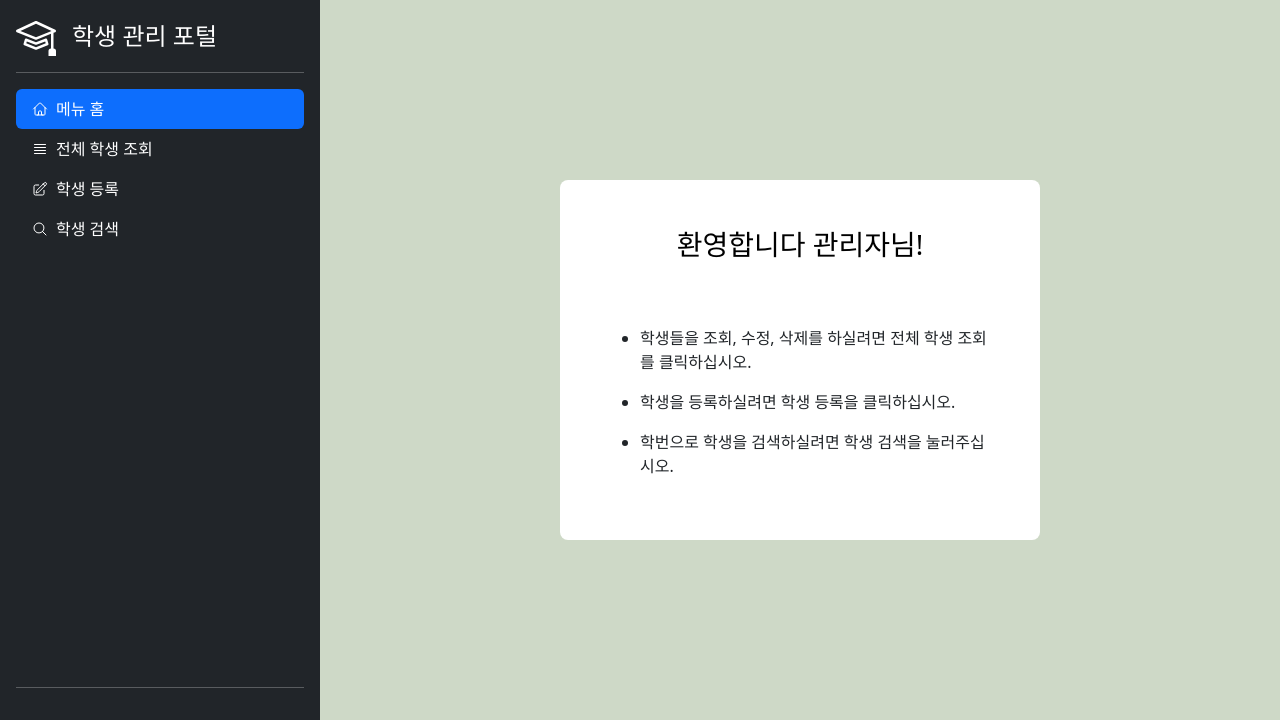
Repository: invisibleufo101/StudentManagementWeb
Page: HSW_Web/src/main/webapp/index.html
These files come from the project's save history. The page is drawn as it stood at one moment and after the next save; the edit follows.
The browser window is 1280 px wide. The pictures show the whole page.

Above is the page before, as saved 2024-09-19 11:44:03.

### HSW_Web/src/main/webapp/index.html
<!DOCTYPE html>
<html>
<head>
	<meta charset="UTF-8">
	<meta name="viewport" content="width=device-width, initial-scale=1">
	<link rel="stylesheet" href="css/bootstrap.min.css" />
	<script defer src="js/bootstrap.bundle.min.js"></script>
	<link rel="icon" href="images/portal_icon.svg"/>
	<title>학생 관리 포털</title>
</head>
<body>
	<main class="d-flex flex-nowrap vh-100">
		<!-- Start of Navbar -->
		<nav class="d-flex flex-lg-column flex-md-column flex-row flex-shrink-0 p-3 text-bg-dark" style="width: 25vw;">
			<a href="/" class="d-flex justify-content-around align-items-center mb-3 mb-md-0 me-md-auto text-white text-decoration-none">
				<svg xmlns="http://www.w3.org/2000/svg" width="40" height="40" fill="currentColor" class="bi bi-mortarboard" viewBox="0 0 16 16">
				 	<path d="M8.211 2.047a.5.5 0 0 0-.422 0l-7.5 3.5a.5.5 0 0 0 .025.917l7.5 3a.5.5 0 0 0 .372 0L14 7.14V13a1 1 0 0 0-1 1v2h3v-2a1 1 0 0 0-1-1V6.739l.686-.275a.5.5 0 0 0 .025-.917zM8 8.46 1.758 5.965 8 3.052l6.242 2.913z"/>
				 	<path d="M4.176 9.032a.5.5 0 0 0-.656.327l-.5 1.7a.5.5 0 0 0 .294.605l4.5 1.8a.5.5 0 0 0 .372 0l4.5-1.8a.5.5 0 0 0 .294-.605l-.5-1.7a.5.5 0 0 0-.656-.327L8 10.466zm-.068 1.873.22-.748 3.496 1.311a.5.5 0 0 0 .352 0l3.496-1.311.22.748L8 12.46z"/>
				</svg>
				<span class="ms-3" style="font-size: 1.5rem;">학생 관리 포털</span>
			</a>
			<hr/>
			<ul class="nav nav-pills flex-column mb-auto">
				<li class="nav-item">
					<a href="#" class="nav-link active">
						<div class="d-flex align-items-center">
							<svg class="bi me-2" xmlns="http://www.w3.org/2000/svg" fill="none" viewBox="0 0 24 24" stroke-width="1.5" stroke="currentColor" width="16" height="16">
								<path stroke-linecap="round" stroke-linejoin="round" d="m2.25 12 8.954-8.955c.44-.439 1.152-.439 1.591 0L21.75 12M4.5 9.75v10.125c0 .621.504 1.125 1.125 1.125H9.75v-4.875c0-.621.504-1.125 1.125-1.125h2.25c.621 0 1.125.504 1.125 1.125V21h4.125c.621 0 1.125-.504 1.125-1.125V9.75M8.25 21h8.25" />
							</svg>
							<p class="m-0">메뉴 홈</p>
						</div>
					</a>
				</li>
				<li>
					<a href="#" class="nav-link text-white">
						<div class="d-flex align-items-center">
							<svg class="bi me-2" xmlns="http://www.w3.org/2000/svg" fill="none" viewBox="0 0 24 24" stroke-width="1.5" stroke="currentColor" width="16" height="16">
								<path stroke-linecap="round" stroke-linejoin="round" d="M3.75 5.25h16.5m-16.5 4.5h16.5m-16.5 4.5h16.5m-16.5 4.5h16.5" />
							</svg>
							<p class="m-0">전체 학생 조회</p>
						</div>
					</a>
				</li>
				<li>
					<a href="#" class="nav-link text-white">
						<div class="d-flex align-items-center">
							<svg class="bi me-2" xmlns="http://www.w3.org/2000/svg" fill="none" viewBox="0 0 24 24" stroke-width="1.5" stroke="currentColor" width="16" height="16">
								<path stroke-linecap="round" stroke-linejoin="round" d="m16.862 4.487 1.687-1.688a1.875 1.875 0 1 1 2.652 2.652L10.582 16.07a4.5 4.5 0 0 1-1.897 1.13L6 18l.8-2.685a4.5 4.5 0 0 1 1.13-1.897l8.932-8.931Zm0 0L19.5 7.125M18 14v4.75A2.25 2.25 0 0 1 15.75 21H5.25A2.25 2.25 0 0 1 3 18.75V8.25A2.25 2.25 0 0 1 5.25 6H10" />
							</svg>
							<p class="m-0">학생 등록</p>
						</div>
					</a>
				</li>
				<li>
					<a href="#" class="nav-link text-white">
					<div class="d-flex align-items-center">
						<svg class="bi me-2" xmlns="http://www.w3.org/2000/svg" fill="none" viewBox="0 0 24 24" stroke-width="1.5" stroke="currentColor" width="16" height="16">
							<path stroke-linecap="round" stroke-linejoin="round" d="m21 21-5.197-5.197m0 0A7.5 7.5 0 1 0 5.196 5.196a7.5 7.5 0 0 0 10.607 10.607Z" />
						</svg>
						<p class="m-0">학생 검색</p>
					</div>
					</a>
				</li>
			</ul>
			<hr/>
		</nav>
		<!-- End of Navbar -->
		<section class="d-flex justify-content-center align-items-center" style="width: 75vw; height: auto; background-color: #ced9c7;">
			<div class="d-flex flex-column align-items-center h-50 w-50 bg-white rounded-3 p-5">
				<h3 class="text-black">환영합니다 관리자님!</h3>
				<ul class="text-decroation-none py-5 d-flex flex-column align-items-evenly justify-content-start">
					<li class="my-2">
						학생들을 조회, 수정, 삭제를 하실려면 전체 학생 조회를 클릭하십시오.
					</li>

					<li class="my-2">
						학생을 등록하실려면 학생 등록을 클릭하십시오.
					</li>

					<li class="my-2">
						학번으로 학생을 검색하실려면 학생 검색을 눌러주십시오.
					</li>

				</ul>
			</div>
		</section>
	</main>
</body>
</html>

Loaded but not shown: HSW_Web/src/main/webapp/css/bootstrap.min.css (library); HSW_Web/src/main/webapp/js/bootstrap.bundle.min.js (no copy from this time; the picture is the same without it)

After the next save:
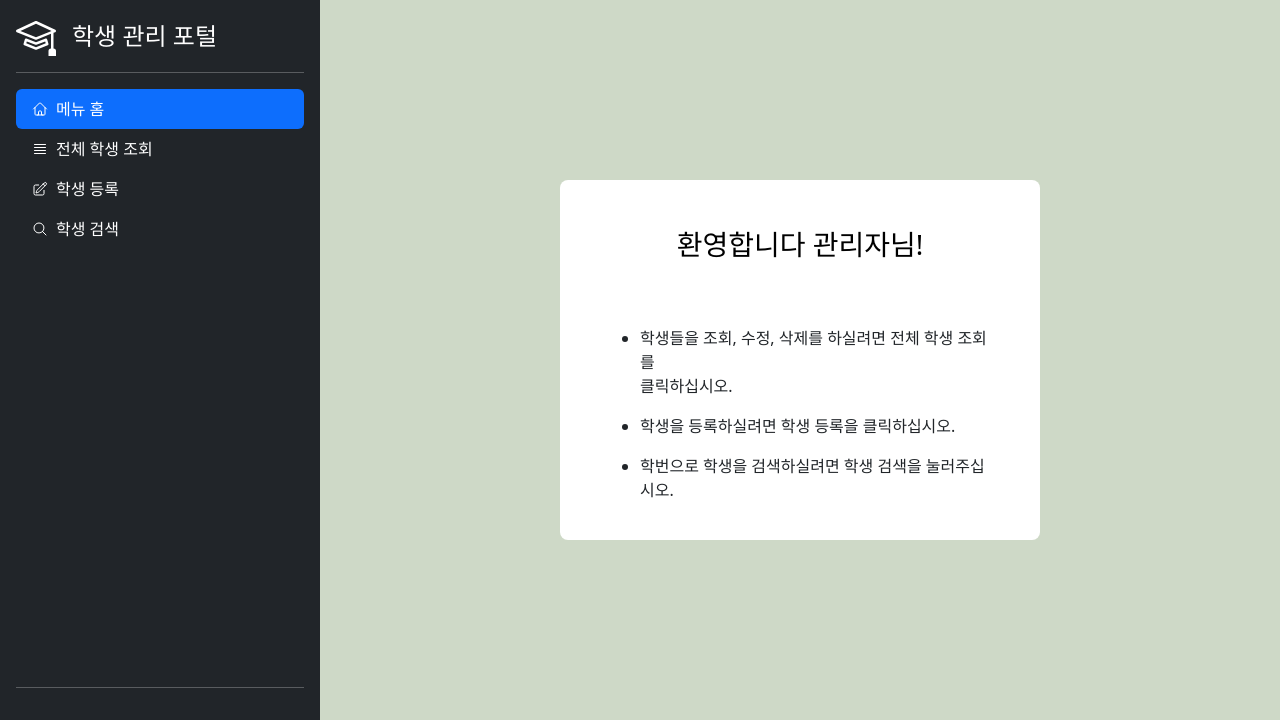
Saved 17 s later.
--- a/HSW_Web/src/main/webapp/index.html
+++ b/HSW_Web/src/main/webapp/index.html
@@ -70,7 +70,7 @@
 				<h3 class="text-black">환영합니다 관리자님!</h3>
 				<ul class="text-decroation-none py-5 d-flex flex-column align-items-evenly justify-content-start">
 					<li class="my-2">
-						학생들을 조회, 수정, 삭제를 하실려면 전체 학생 조회를 클릭하십시오.
+						학생들을 조회, 수정, 삭제를 하실려면 전체 학생 조회를 <br /> 클릭하십시오.
 					</li>
 
 					<li class="my-2">
